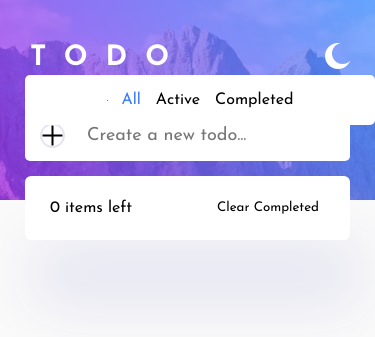
Repository: Haviles04/todoapp
Page: /
These files come from the project's save history. The page is drawn as it stood at one moment and after the next save; the edit follows.
The browser window is 375 px wide. The pictures show the whole page.
The project was rebuilt for these pictures with package versions that can differ from the ones it lists, and the page was loaded fresh each time.

Above is the page before, as saved 2022-10-24 16:31:20.

### public/index.html
<!DOCTYPE html>
<html lang="en">
  <head>
    <meta charset="utf-8" />
    <meta name="viewport" content="width=device-width, initial-scale=1" />
    <meta name="theme-color" content="#000000" />
    <meta
      name="description"
      content="Web site created using create-react-app"
    />

    <title>Todo App</title>
  </head>
  <body>

    <div id="root"></div>

  </body>
</html>

### src/App.js
import React, { useEffect, useState } from "react";
import "./App.css";
import TaskForm from "./components/taskForm/TaskForm";
import TaskList from "./components/taskList/TaskList";
import Header from "./components/header/Header";

let todoNumber = 0;

function App() {
  const [todo, setTodo] = useState("");
  const [todoList, setTodoList] = useState(() => {
    //checks to see if there is a todoList saved to local storage, if not returns empty array
    const savedTodoList = localStorage.getItem("todoList");
    if (savedTodoList) {
      return JSON.parse(savedTodoList);
    } else {
      return [];
    }
  });


  //sets "todo" as whatever value of input field is.
  function onChange(e) {
    e.preventDefault();
    setTodo(e.target.value);
  }

  //pushes new "todo" to the setTodoList array
  function handleClick(e) {
    e.preventDefault();

    const newTodo = {
      text: todo,
      complete: false,
      id: (todoNumber += 1),
    };

    setTodo("");
    setTodoList([...todoList].concat(newTodo));
    document.getElementById("taskInput").value = "";
  }

  useEffect(() => {
    localStorage.setItem("todoList", JSON.stringify(todoList));
  }, [todoList]);


  return (
    <div className="App">
      <Header />
      <TaskForm onChange={onChange} handleClick={handleClick} todo={todo} />
      <TaskList todoList={todoList} setTodoList={setTodoList} />
    </div>
  );
}

export default App;

### src/App.css
@import url('https://fonts.googleapis.com/css2?family=Josefin+Sans:wght@400;700&display=swap');

body, html{
    width: 100vw;
    height: auto;
    margin: 0;
    font-family: 'Josefin Sans', sans-serif;
    font-size: 18px;
    display: flex;
    justify-content: center;
    background-image: url('./assests/bg-desktop-light.jpg');
    background-repeat: no-repeat;
    background-size: 100% 300px;
    background-color: hsl(0, 0%, 98%);
}


@media only screen and (max-width:600px ){
    body,html{
        background-image: url('./assests/bg-mobile-light.jpg');
        background-size: 100% 200px, contain;
    }

    .App{
        display: flex;
        flex-direction: column;
        justify-content: center;
        width: 100%;
    }
  }

### src/components/taskForm/TaskForm.jsx
import React from "react";
import "./taskForm.css";

function TaskForm(props) {
  return (
    <div className="inputContainer">
      <form onSubmit={props.handleClick}>
        <button id="taskBtn" className="circleBtn" type="submit"></button>
        <input
          id="taskInput"
          className="taskInput"
          type="text"
          placeholder="Create a new todo..."
          onChange={props.onChange}
        ></input>
      </form>
    </div>
  );
}

export default TaskForm;

### src/components/taskList/TaskList.jsx
import React, { useState } from "react";
import "./taskList.css";
import TaskItem from "../taskItem/TaskItem";
import OptionsFooter from "../optionsFooter/OptionsFooter";

function TaskList({ todoList, setTodoList }) {
  const [listType, setListType] = useState("all");


  return (
    <div className="taskDisplay">
      <TaskItem
        todoList={todoList}
        listType={listType}
        setTodoList={setTodoList}

      />
      <OptionsFooter
        todoList={todoList}
        setListType={setListType}
        setTodoList={setTodoList}
      />
    </div>
  );
}

export default TaskList;

### src/components/header/Header.jsx
import React from 'react'
import './header.css'


function Header() {
  return (
    <div id="header" className='header'>

        <h1>TODO</h1>
        <button className='modeToggle'></button>

    </div>
  )
}

export default Header

### src/components/taskForm/taskForm.css
.inputContainer{
    height: 65px;
    width: 550px;
    background-color: white;
    border-radius: 5px;
    display: flex;
    justify-content: space-between;
    align-items: center;
    margin-top: 15px;
}

form{
    display:flex;
    align-items: center;
}

.taskInput{
    width: 450px;
    height: 30px;
    margin-left: 20px;
    font-family: 'Josefin Sans', sans-serif;
    border: 0;
    outline: none;
    font-size: 18px;
}

.circleBtn{
    width:25px;
    height: 25px;
    border-radius: 50%;
    border:2px solid hsl(236, 33%, 92%);
    background-color: transparent;
    margin-left: 15px;
    background-image: url('../../assests/icon-plus.svg');
    background-position: center;
}

.circleBtn:hover{
    cursor: pointer;
    background:linear-gradient(hsl(192, 100%, 67%), hsl(280, 87%, 65%));
}


@media only screen and (max-width:600px ){
  .inputContainer{
    width: 325px;
    height: 50px;
  }


    .taskInput{
    width: auto;
  }
}

### src/components/taskList/taskList.css
.taskDisplay {
  margin-top: 23px;
  width: 550px;
  height: auto;
  background-color: white;
  border-radius: 6px;
  box-shadow: 10px 65px 60px hsl(236, 33%, 92%);
}

@media only screen and (max-width:600px ){
  .taskDisplay{
    width: 325px;
    margin-top: 15px;
  }
}

### src/components/taskItem/TaskItem.jsx
import React from "react";
import "./taskItem.css";

function TaskItem({ listType, todoList,setTodoList }) {
  let displayList = [];

  //determines which list type to display
  if (listType === "all") {
    displayList = [...todoList];
  } else if (listType === "active") {
    displayList = [...todoList].filter((todo) => !todo.complete);
  } else {
    displayList = [...todoList].filter((todo) => todo.complete);
  }


  //sets the current todo as complete inside of the array, runs pluralize to change "task left" at bottom
  function completeTask(id) {
    todoList.forEach((todo) => {
      if (todo.id === id) {
        todo.complete = !todo.complete;
      }

      setTodoList(todoList);

    });
  }

  return (
    <>
      {displayList.map((todo) => {
        if (todo.complete) {
          return (
            <div id={`div ${todo.id}`} key={todo.id} className="todoList">
              <label>
                <input
                  type="checkbox"
                  display="hidden"
                  name={`checkID${todo.id}`}
                  onClick={() => completeTask(todo.id)}
                  className="checkComplete"
                  defaultChecked
                ></input>
                <span className="checkboxSpan" />
                <span className="todoText">{todo.text}</span>
              </label>
            </div>
          );
        } else {
          return (
            <div id={`div ${todo.id}`} key={todo.id} className="todoList">
              <label>
                <input
                  type="checkbox"
                  display="hidden"
                  name={`checkID${todo.id}`}
                  onClick={() => completeTask(todo.id)}
                  className="checkComplete"
                ></input>
                <span className="checkboxSpan" />
                <span className="todoText">{todo.text}</span>
              </label>
            </div>
          );
        }
      })}
    </>
  );
}

export default TaskItem;

### src/components/optionsFooter/OptionsFooter.jsx
import React, { useEffect, useState } from "react";
import "./optionsFooter.css";

function OptionsFooter(props) {
  const [plural, setPlural] = useState("");
  useEffect(() => pluralize());

  //Checks to see how many items are on the list, and makes "item" plural
  function pluralize() {
    setPlural(() => {
      let countOverOne = [...props.todoList].filter(
        (todo) => !todo.complete
      ).length;
      if (countOverOne === 1) {
        return `${countOverOne} item left`;
      } else {
        return `${countOverOne} items left`;
      }
    });
  }

  //clears Completed from array
  function clearComplete() {
    let activeArray = [...props.todoList].filter((todo) => !todo.complete);
    props.setTodoList(activeArray);
  }

  return (
    <div className="completedActiveOptions">
      <span className="todoCount">{plural}</span>
      <div className="options">
      <form>
        <input
          id="all"
          type="radio"
          name="completeActiveAll"
          className="completeActiveAll"
          onClick={() => props.setListType("all")}
          defaultChecked
        />
        <label className="todoStatusLabel" htmlFor="all">
          All
        </label>
        <input
          id="active"
          type="radio"
          name="completeActiveAll"
          className="completeActiveAll"
          onClick={() => props.setListType("active")}
        />
        <label className="todoStatusLabel" htmlFor="active">
          Active
        </label>
        <input
          id="completed"
          type="radio"
          name="completeActiveAll"
          className="completeActiveAll"
          onClick={() => props.setListType("completed")}
        />
        <label className="todoStatusLabel" htmlFor="completed">
          Completed
        </label>
      </form>
      </div>
      <button className="clearComplete" onClick={clearComplete}>
        Clear Completed
      </button>
    </div>
  );
}

export default OptionsFooter;

### src/components/header/header.css
.header{
    padding: 5px;
    width: 550px;
    margin-top: 50px;
    display: flex;
    justify-content: space-between;
    align-items: center;
}

.modeToggle{
    background-image: url('../../assests/icon-moon.svg');
    height: 30px;
    width: 30px;
    border: none;
    background-color: transparent;
    background-repeat: no-repeat;
}

.modeToggle:hover{
    cursor: pointer;
}

.header h1{
    color: white;
    letter-spacing: 1rem;
}

@media only screen and (max-width:600px ){
    .header{
        width: 100%;
        margin-top: 20px;
        font-size: 14px;
    }
  }

### src/components/taskItem/taskItem.css
.todoList {
    min-width: 450px;
    height: 64px;
    display: flex;
    align-items: center;
    font-family: "Josefin Sans", sans-serif;
    border: 0;
    outline: none;
    font-size: 18px;
    box-sizing: border-box;
    border-bottom: 1px solid hsl(236, 33%, 92%);
  }

  .checkComplete {
    position: absolute;
    width: 1px;
    height: 1px;
    margin: -1px;
    z-index: -1;
  }

  .taskDisplay label {
    display: flex;
    align-items: center;
    gap: 8px;
  }

  input:checked ~ .todoText {
    text-decoration: line-through;
    color:hsl(236, 33%, 92%);
  }

  input:checked + .checkboxSpan {
    background-repeat: no-repeat;
    background-image: url(../../assests/icon-check.svg),
      linear-gradient(hsl(192, 100%, 67%), hsl(280, 87%, 65%));
    background-position: center;
  }

  .checkboxSpan {
    display: inline-block;
    height: 20px;
    width: 20px;
    border-radius: 50%;
    border: 2px solid hsl(236, 33%, 92%);
    margin-left: 15px;
    margin-right: 15px;
  }

  .checkboxSpan:hover{
      cursor: pointer;
  }

  .todoText:hover{
      cursor: pointer;
  }


  @media only screen and (max-width:600px ){
    .todoList{
      min-width: auto;
      width: 325px;
      height: 60px
    }
  }

### src/components/optionsFooter/optionsFooter.css
.completedActiveOptions{
    height: 64px;
    display: flex;
    flex-direction: row;
    align-items: center;
    justify-content: space-between;
    font-size: 16px;
}

.todoCount {
    margin-left: 25px;
    width:100px;
    box-sizing: border-box;
}

.completeActiveAll{
    position: absolute;
    width: 1px;
    height: 1px;
    margin: 1px;
}

.todoStatusLabel{
    margin-left: 15px;
}

.todoStatusLabel:hover{
    color: hsl(220, 98%, 61%);
    cursor: pointer;
}

.completeActiveAll:checked + .todoStatusLabel{
    color: hsl(220, 98%, 61%);
}

.clearComplete{
    background-color: transparent;
    border: none;
    font-family:"Josefin Sans", sans-serif; ;
    margin-right:25px;
}

.clearComplete:hover{
    cursor: pointer;
    color: hsl(220, 98%, 61%);
}

@media only screen and (max-width:600px ){
    .options{
        position: absolute;
        display: flex;
        justify-content: center;
        width: 350px;
        padding: px;
        height: 50px;
        top:75px;
        background-color: white;
        border-radius: 5px;
    }
  }

Loaded but not shown: src/index.js (common file)

After the next save:
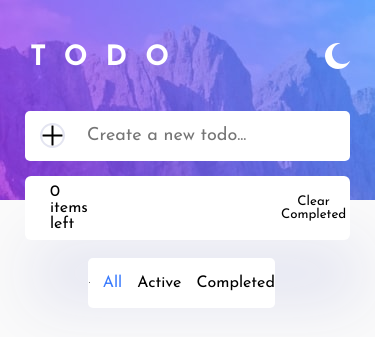
Saved 20 s later.
--- a/src/components/optionsFooter/optionsFooter.css
+++ b/src/components/optionsFooter/optionsFooter.css
@@ -47,11 +47,9 @@
 
 @media only screen and (max-width:600px ){
     .options{
-        position: absolute;
+        position: relative;
         display: flex;
         justify-content: center;
-        width: 350px;
-        padding: px;
         height: 50px;
         top:75px;
         background-color: white;
